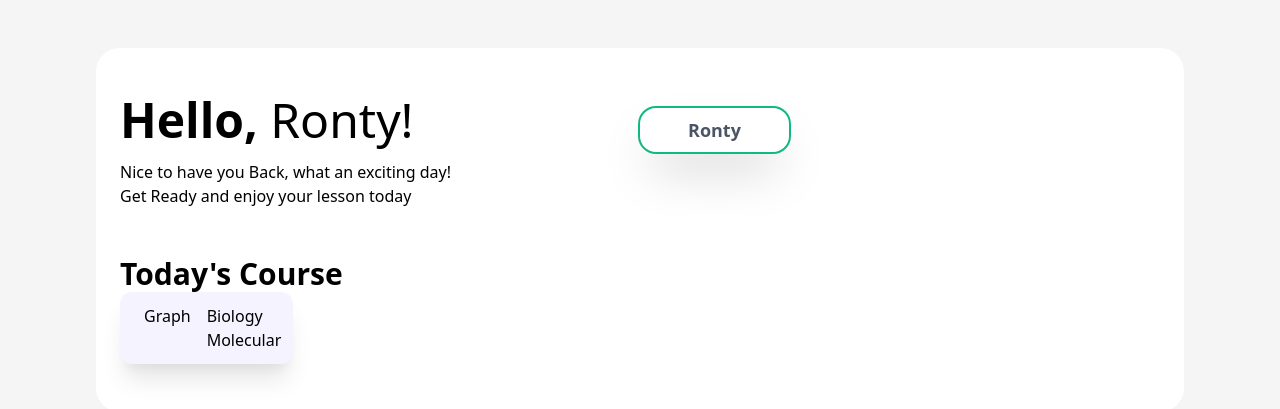
Repository: coolronts/Vite-Tailwind
Page: /
These files come from the project's save history. The page is drawn as it stood at one moment and after the next save; the edit follows.
The browser window is 1280 px wide. The pictures show the whole page.
The project was rebuilt for these pictures with package versions that can differ from the ones it lists, and the page was loaded fresh each time. Also part of the build but not shown: vite.config.js.

Above is the page before, as saved 2021-11-26 07:27:55.

After the next save:
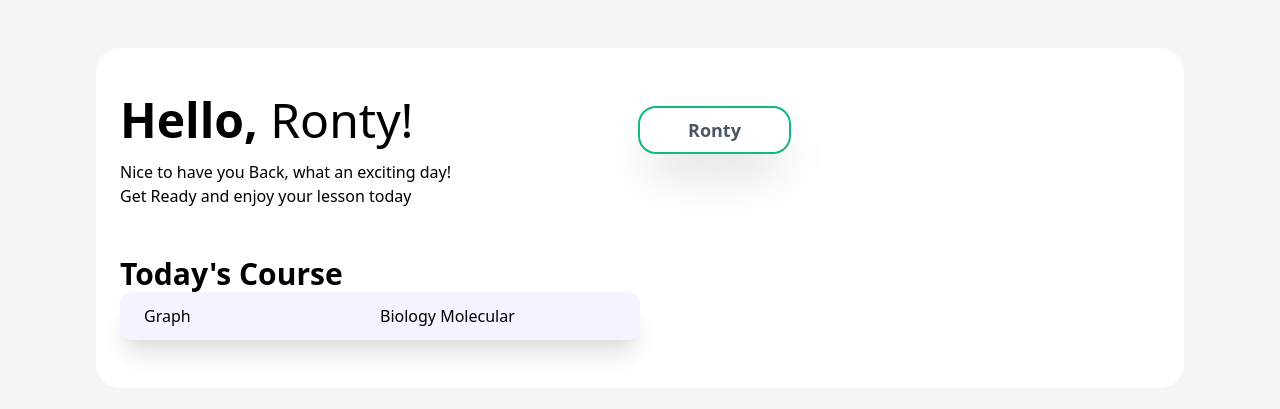
Saved 16 s later.
--- a/src/components/Card/index.jsx
+++ b/src/components/Card/index.jsx
@@ -2,7 +2,7 @@ import React from 'react'
 
 export const PrimaryCard =({children})=> {
   return (
-    <div className="bg-purple-50 py-3 px-6 w-1/3 rounded-xl shadow-xl">
+    <div className="bg-purple-50 py-3 px-6  rounded-xl shadow-xl">
       {children}
     </div>
   )
